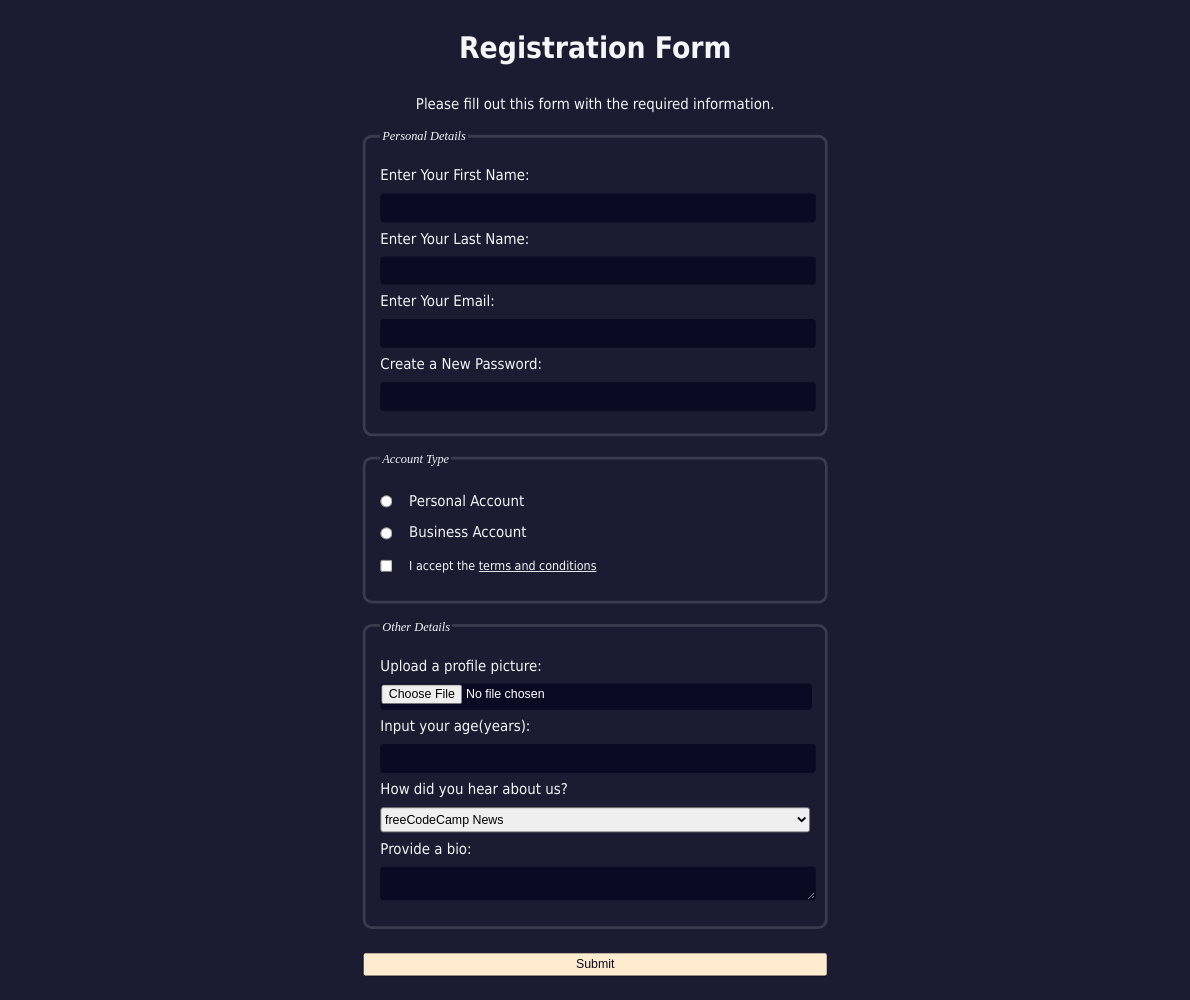
Repository: Lungdjos/registration_form
Page: index.html
An editor plug-in stored every save of this project. The page is shown before and after the next save, followed by the edit.
The browser window is 1280 px wide. The pictures show the whole page, at 93% of full size.
The pointer rests on the first visible `#submit-btn`.

Above is the page before, as saved 2023-09-29 10:53:08.

After the next save:
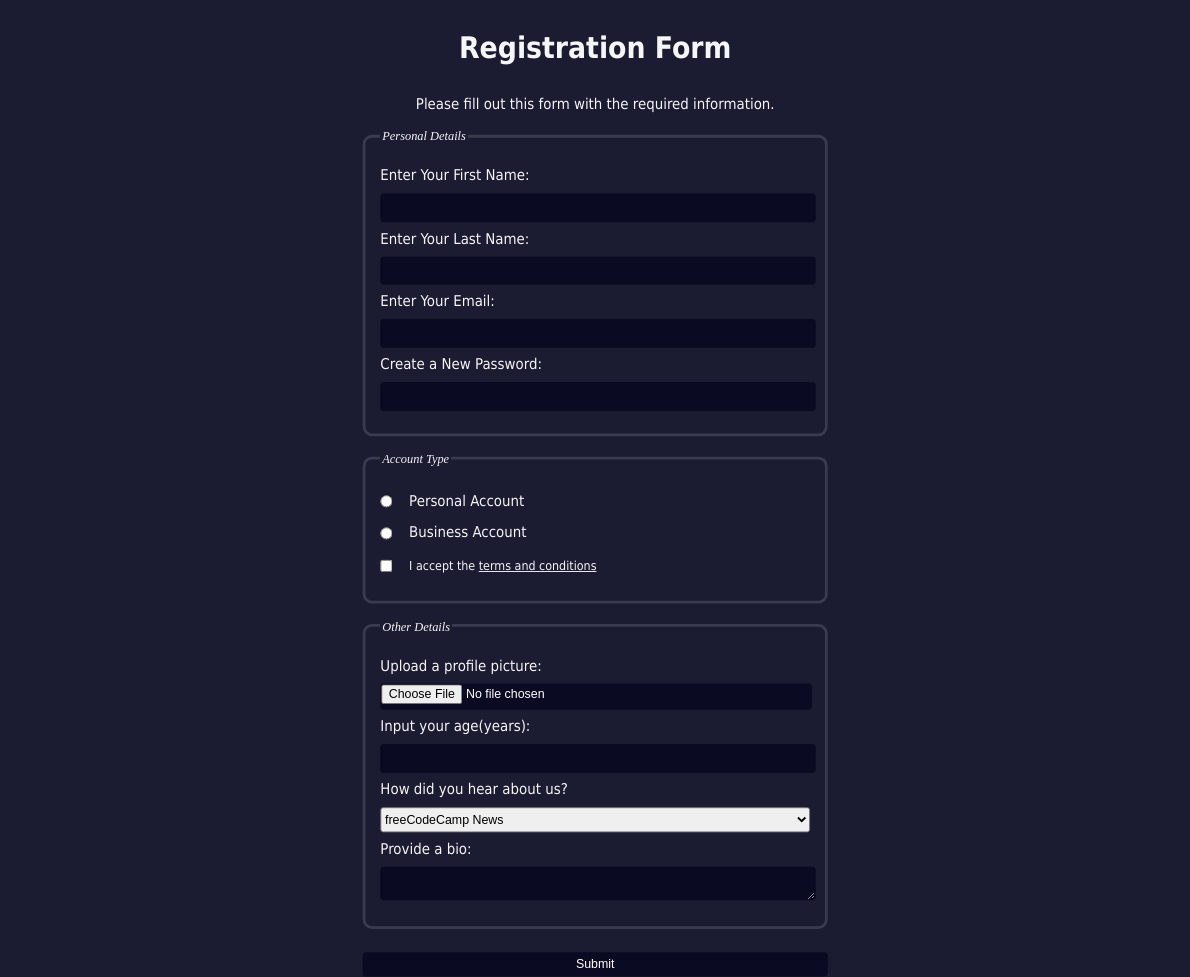
Saved 43 s later.
--- a/indexStyles.css
+++ b/indexStyles.css
@@ -79,7 +79,7 @@ form {
     width: 60vw;
 }
 
-#submit-btn:hover {
+#su #submit-btn:hover {
     background-color: blanchedalmond;
     margin-bottom: 25px;
     color: #0a0a23;
